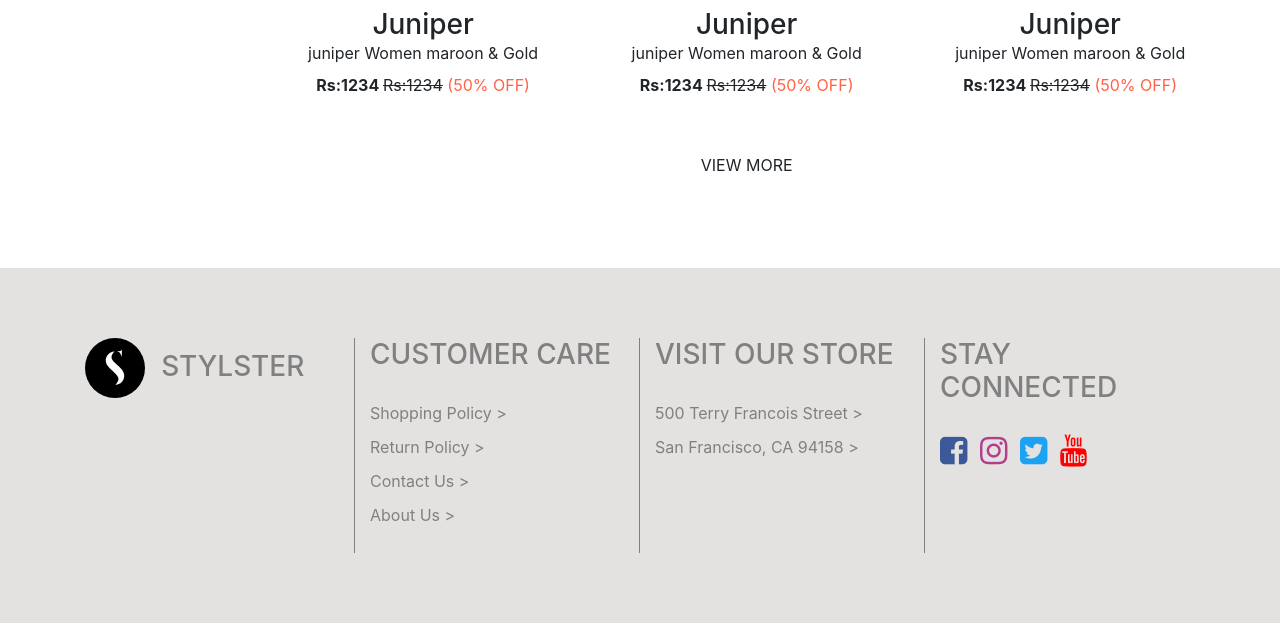
Repository: Lovekr/stylester
Page: stylster_frontend_design/product.html
The author's editor kept a copy of each file at every save. The page is drawn from the files as they stood at one save, then again after the next save.
The browser window is 1280 px wide. The pictures show the part of the page from y = 1816 to 2439 px (the page is 2439 px tall).

Above is the page before, as saved 2020-03-04 18:09:19.

After the next save:
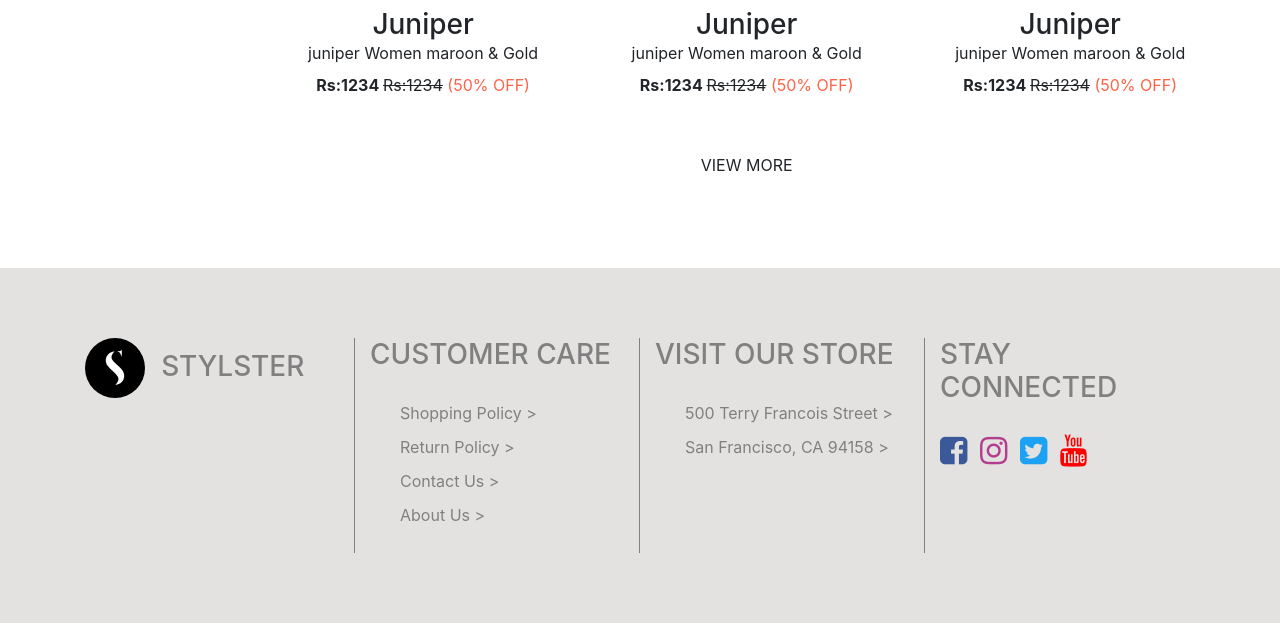
Saved 10 min 42 s later.
--- a/stylster_frontend_design/css/product.css
+++ b/stylster_frontend_design/css/product.css
@@ -173,7 +173,7 @@
 
    ul li{
 
-    /* padding-left: 30px !important; */
+    padding-left: 30px !important;
 }
 
 
